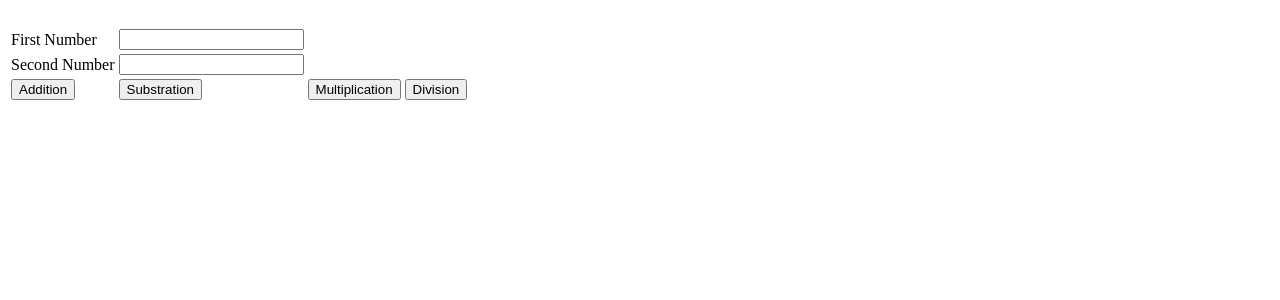
Repository: babududekula/Spring-Course-4.X-Version
Page: http://localhost/Jsp/classA.jsp
The author's editor kept a copy of each file at every save. The page is drawn from the files as they stood at one save, then again after the next save.
The browser window is 1280 px wide. The pictures show the whole page.
The page is served by Tomcat 9.

Above is the page before, as saved 2023-02-06 16:48:28.

After the next save:
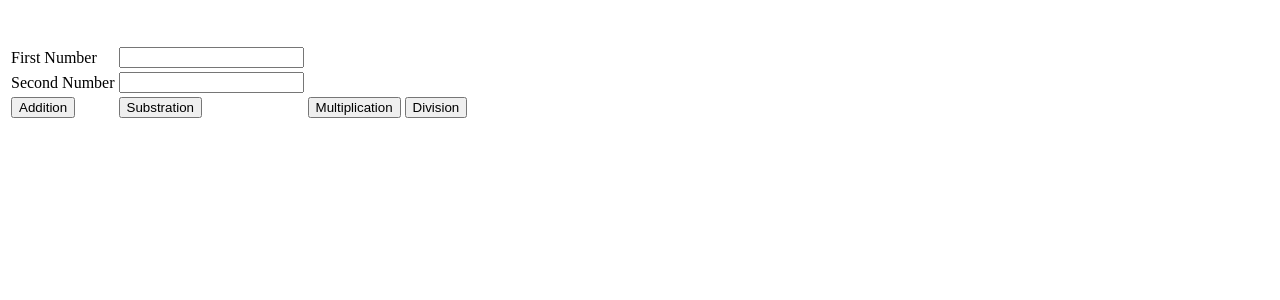
Saved 31 s later.
--- a/Maven Projects/Jsp/src/main/webapp/classA.jsp
+++ b/Maven Projects/Jsp/src/main/webapp/classA.jsp
@@ -19,10 +19,10 @@
 	<td><input type="text" name="second"/></td>
 </tr>
 <tr>
-	<td><input type="submit" name="operation" value="Addition"/></td>
+	<td><input type="submit" name="operation" value="Addition"/></td><br><br>
 	<td><input type="submit" name="operation" value="Substration"/></td>
 	<td><input type="submit" name="operation" value="Multiplication"/></td>
-	<td><input type="submit" name="operation" value="Division"/></td><br>
+	<td><input type="submit" name="operation" value="Division"/></td>
 </tr>
 </table>
 
